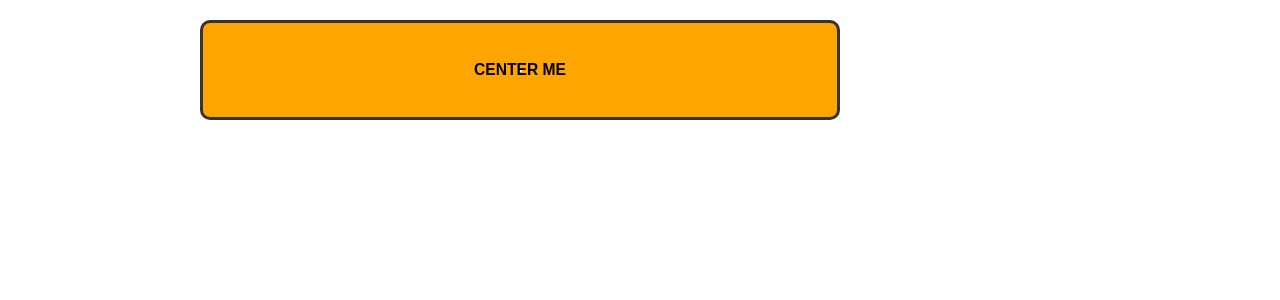
Repository: phanvu0103/HTML-CSS
Page: CSS_17.2_Các-cách-căn-giữa-trong-CSS/index.html
These files come from the project's save history. The page is drawn as it stood at one moment and after the next save; the edit follows.
The browser window is 1280 px wide. The pictures show the whole page.

Above is the page before, as saved 2022-09-24 13:20:31.

### CSS_17.2_Các-cách-căn-giữa-trong-CSS/index.html
<!DOCTYPE html>
<html lang="en">
  <head>
    <meta charset="UTF-8" />
    <meta http-equiv="X-UA-Compatible" content="IE=edge" />
    <meta name="viewport" content="width=device-width, initial-scale=1.0" />
    <title>Các Cách căn giữa trong Css</title>
    <link rel="stylesheet" href="style.css" />
  </head>
  <body>
    <div class="box">
      <button>
        <h3>CENTER ME</h3>
      </button>
    </div>
  </body>
</html>

### CSS_17.2_Các-cách-căn-giữa-trong-CSS/style.css
* {
  margin: 0;
  padding: 0;
  box-sizing: border-box;
}
.box {
  background-color: orange;
  width: 50%;
  height: 100px;
  display: flex;
  left: 200px;
  top: 20px;
  /* right: 50%; */
  /* --height: 100px; */
  /* biến logo của box h3 costheer thường hưởng có thể đổi 200px
  cungxko sao */
  /* height: var(--height 100px) */
  /* có thể dùng display */
  display: flex;
  align-items: center;
  justify-content: center;
  /* có thể dùng position: relative và position:absolute top left
  transform nên sử dụng % cho h3
  */
  position: relative;
  border-radius: 10px;
  border: 3px solid #333;
}
h3 {
  /* căn giữa dấu gạch trước CENTER */
  /* margin: auto;
  position: relative; */

  text-align: center;
  /* line-height: var(--height); */
  /* line-height: 100px; */
  position: absolute;
  top: 50%;
  left: 50%;
  transform: translate(-50%, -50%);
}
/* h3::after {
  /* căn giữa dấu gạch trước CENTER */
/* position: absolute;
  left: -10px;
  content: "";
  border-left: 3px solid #333;
  height: 20px; */
/* top: 50%;
  transform: translate(-50%, -50%);  */
/* } */

After the next save:
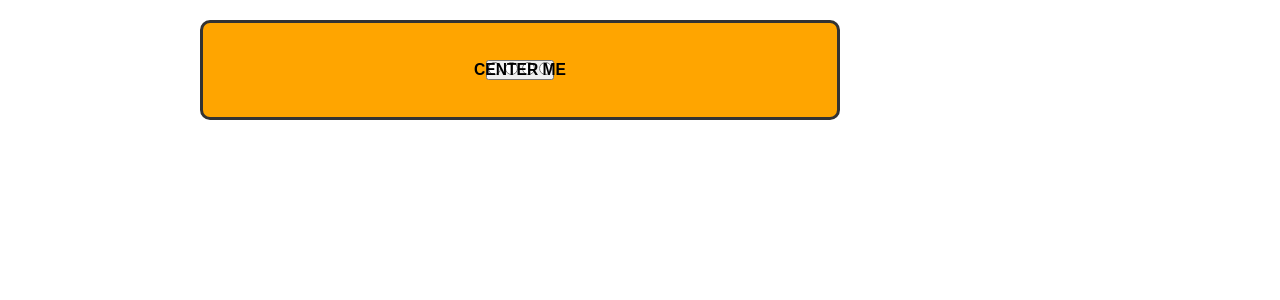
Saved 71 s later.
--- a/CSS_17.2_Các-cách-căn-giữa-trong-CSS/index.html
+++ b/CSS_17.2_Các-cách-căn-giữa-trong-CSS/index.html
@@ -11,6 +11,10 @@
     <div class="box">
       <button>
         <h3>CENTER ME</h3>
+        <input name="made" type="radio" />
+        <input name="made" type="radio" />
+        <input name="made" type="radio" />
+        <input name="made" type="radio" />
       </button>
     </div>
   </body>
